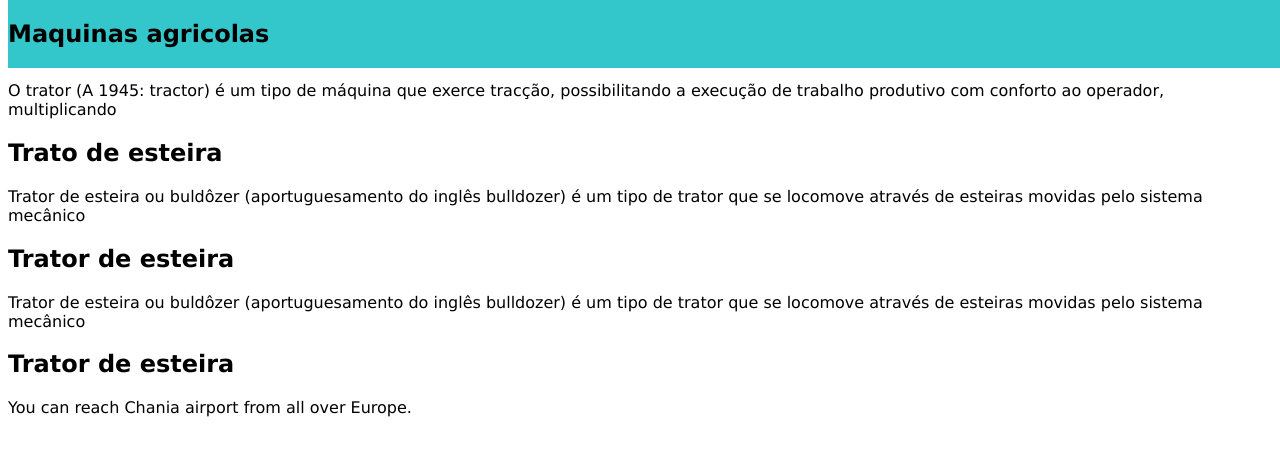
Repository: ecrseer/pesquisa-carros-html
Page: news.html
These files come from the project's save history. The page is drawn as it stood at one moment and after a run of saves; the edit follows.
The browser window is 1280 px wide. The pictures show the whole page.

Above is the page before, as saved 2022-01-21 16:22:34.

After the next 3 saves:
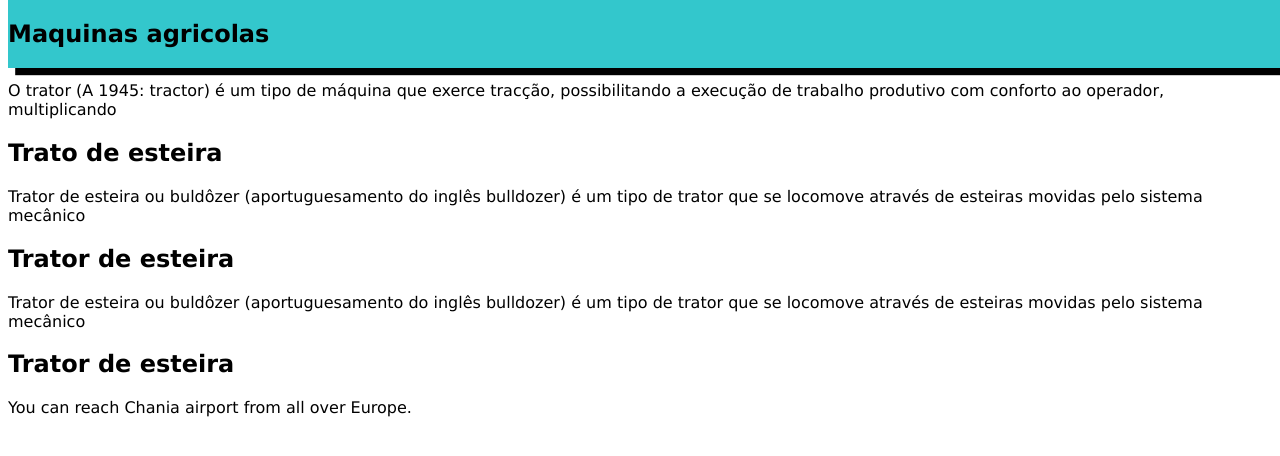
The 3 saves are shown as one change because they came seconds apart.
The last was saved 15 s later.
--- a/news.css
+++ b/news.css
@@ -12,4 +12,5 @@
     top:0;
     width: 100%;
     max-height: 21vh;
+    box-shadow: 1vh 1vh;
   }
